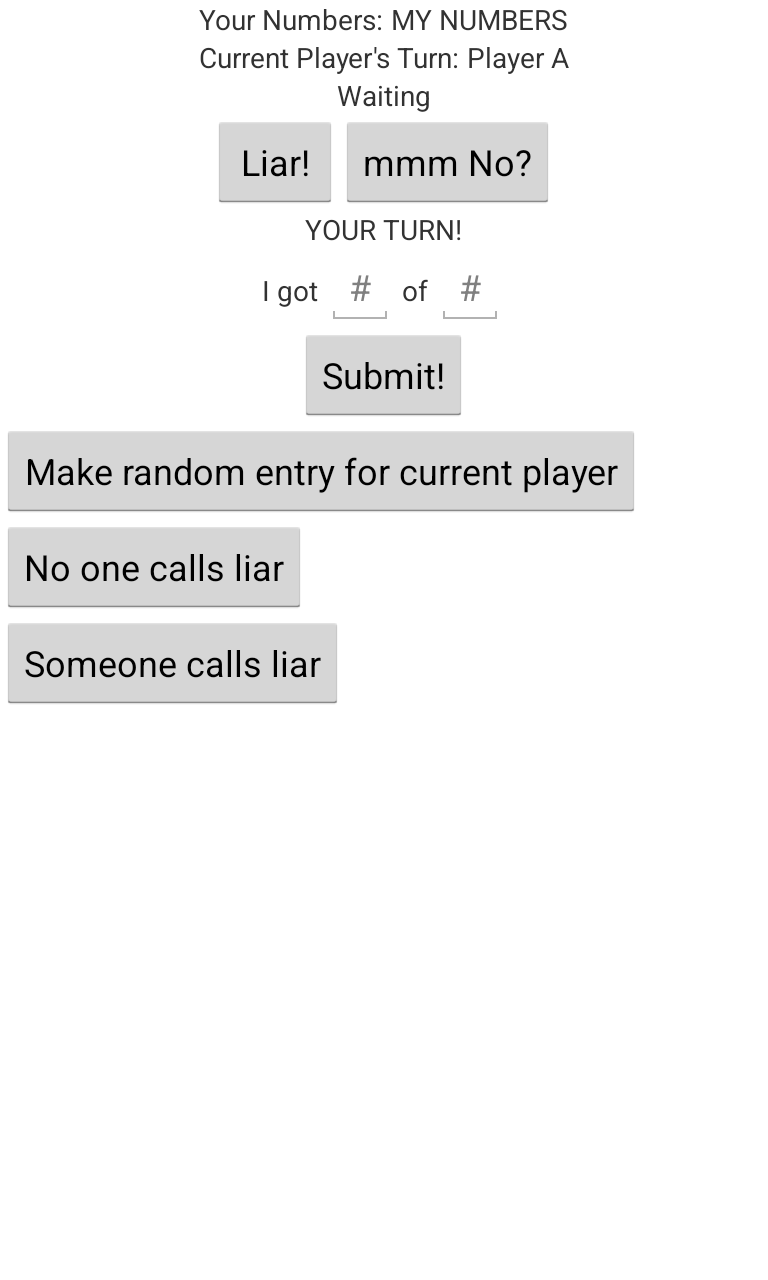
Repository: RayyLim/LiarPoker
Layout: LiarPoker/res/layout/gameroom_main.xml
An editor plug-in stored every save of this project. The layout is shown before and after the next save, followed by the edit.
It is drawn on a 768 x 1280 px phone screen (xhdpi) without system bars, with theme AppTheme; the app's code is not run.

Above is the layout before, as saved 2012-07-22 17:42:41.

### LiarPoker/res/layout/gameroom_main.xml
<?xml version="1.0" encoding="utf-8"?>
<LinearLayout xmlns:android="http://schemas.android.com/apk/res/android"
    android:layout_width="match_parent"
    android:layout_height="match_parent"
    android:orientation="vertical" >

    <LinearLayout
        android:layout_width="wrap_content"
        android:layout_height="wrap_content"
        android:layout_gravity="center_horizontal" >

        <TextView
            android:id="@+id/meLabel"
            android:layout_width="wrap_content"
            android:layout_height="wrap_content"
            android:text="Your Numbers: " />

        <TextView
            android:id="@+id/mynumbersLabel"
            android:layout_width="wrap_content"
            android:layout_height="wrap_content"
            android:text="MY NUMBERS" />
    </LinearLayout>

    <LinearLayout
        android:id="@+id/notMyTurnLayout"
        android:layout_width="wrap_content"
        android:layout_height="wrap_content"
        android:layout_gravity="center_horizontal"
        android:orientation="vertical" >

        <LinearLayout
            android:layout_width="wrap_content"
            android:layout_height="wrap_content"
            android:layout_gravity="center_horizontal" >

            <TextView
                android:layout_width="wrap_content"
                android:layout_height="wrap_content"
                android:text="Current Player&apos;s Turn: " />

            <TextView
                android:id="@+id/currentPlayerLabel"
                android:layout_width="wrap_content"
                android:layout_height="wrap_content"
                android:text="Player A" />
        </LinearLayout>

        <TextView
            android:id="@+id/currentPlayerHasLabel"
            android:layout_width="wrap_content"
            android:layout_height="wrap_content"
            android:layout_gravity="center_horizontal"
            android:text="Waiting" />

        <LinearLayout
            android:layout_width="wrap_content"
            android:layout_height="wrap_content"
            android:layout_gravity="center_horizontal" >

            <Button
                android:id="@+id/liarButton"
                android:layout_width="wrap_content"
                android:layout_height="wrap_content"
                android:onClick="LiarButtonPressed"
                android:text="Liar!" />

            <Button
                android:id="@+id/notLiarButton"
                android:layout_width="wrap_content"
                android:layout_height="wrap_content"
                android:onClick="NotLiarButtonPressed"
                android:text="mmm No?" />
        </LinearLayout>
    </LinearLayout>

    <LinearLayout
        android:id="@+id/myTurnLayout"
        android:layout_width="wrap_content"
        android:layout_height="wrap_content"
        android:layout_gravity="center_horizontal"
        android:orientation="vertical" >

        <TextView
            android:layout_width="wrap_content"
            android:layout_height="wrap_content"
            android:layout_gravity="center_horizontal"
            android:text="YOUR TURN!" />

        <LinearLayout
            android:layout_width="wrap_content"
            android:layout_height="wrap_content"
            android:layout_gravity="center_horizontal"
            android:orientation="horizontal" >

            <TextView
                android:layout_width="wrap_content"
                android:layout_height="wrap_content"
                android:text="I got " />

            <EditText
                android:id="@+id/igotamount"
                android:layout_width="wrap_content"
                android:layout_height="wrap_content"
                android:layout_weight="1"
                android:hint="#"
                android:inputType="numberDecimal"
                android:maxLength="1" />

            <TextView
                android:layout_width="wrap_content"
                android:layout_height="wrap_content"
                android:text=" of " />

            <EditText
                android:id="@+id/igotnumber"
                android:layout_width="wrap_content"
                android:layout_height="wrap_content"
                android:layout_weight="1"
                android:hint="#"
                android:inputType="numberDecimal"
                android:maxLength="1" />
        </LinearLayout>

        <Button
            android:id="@+id/submitButton"
            android:layout_width="wrap_content"
            android:layout_height="wrap_content"
            android:layout_gravity="center_horizontal"
            android:onClick="submit"
            android:text="Submit!" />
    </LinearLayout>

    <Button
        android:id="@+id/testRandomEntryForPlayer"
        android:layout_width="wrap_content"
        android:layout_height="wrap_content"
        android:onClick="fakeRandomCurrentPlayerHas"
        android:text="Make random entry for current player" />

    <Button
        android:id="@+id/fakeNoOneCallsLiar"
        android:layout_width="wrap_content"
        android:layout_height="wrap_content"
        android:onClick="fakeNoOneCallsLiar"
        android:text="No one calls liar" />

    <Button
        android:id="@+id/fakeSomeoneCallsLiar"
        android:layout_width="wrap_content"
        android:layout_height="wrap_content"
        android:onClick="fakeSomeoneCallsLiar"
        android:text="Someone calls liar" />

</LinearLayout>

Loaded but not shown: LiarPoker/res/values-v11/styles.xml (common file); LiarPoker/res/values-v14/styles.xml (common file); LiarPoker/res/values/styles.xml (common file)

After the next save:
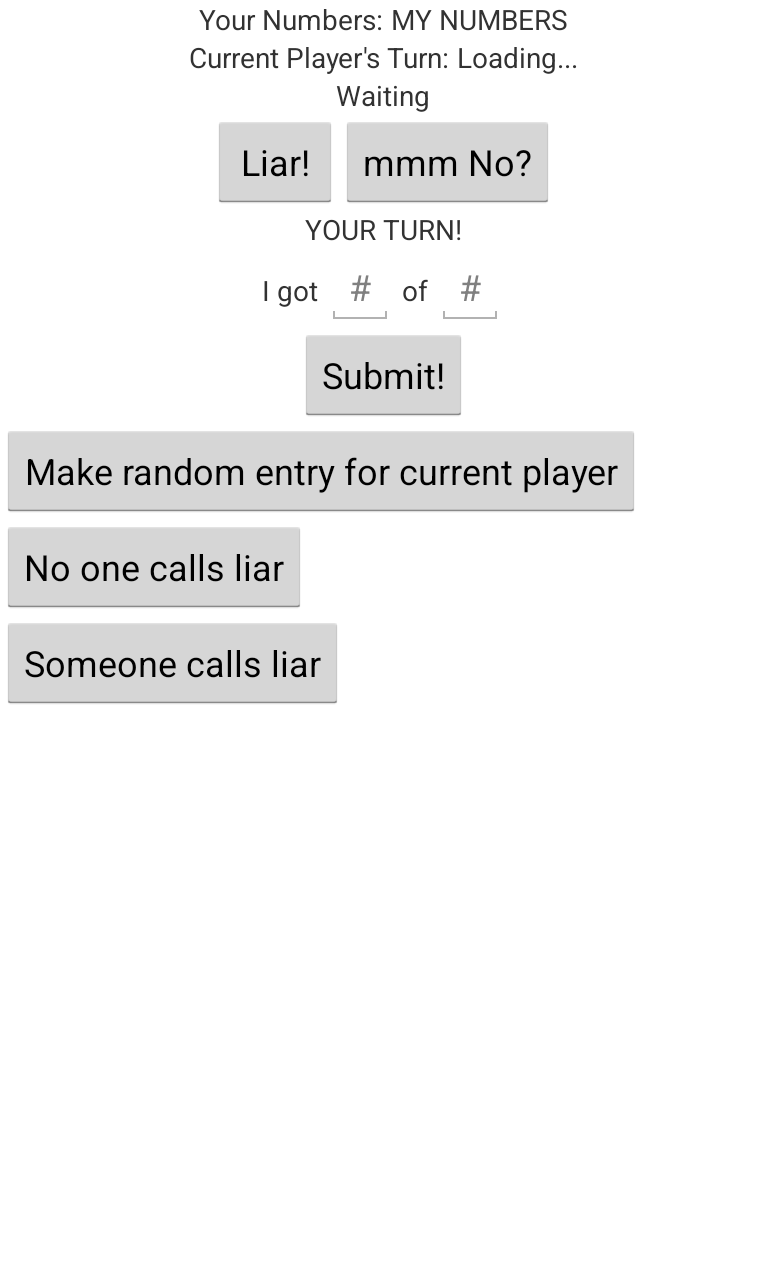
Saved 7 min 32 s later.
--- a/LiarPoker/res/layout/gameroom_main.xml
+++ b/LiarPoker/res/layout/gameroom_main.xml
@@ -43,7 +43,7 @@
                 android:id="@+id/currentPlayerLabel"
                 android:layout_width="wrap_content"
                 android:layout_height="wrap_content"
-                android:text="Player A" />
+                android:text="Loading..." />
         </LinearLayout>
 
         <TextView
